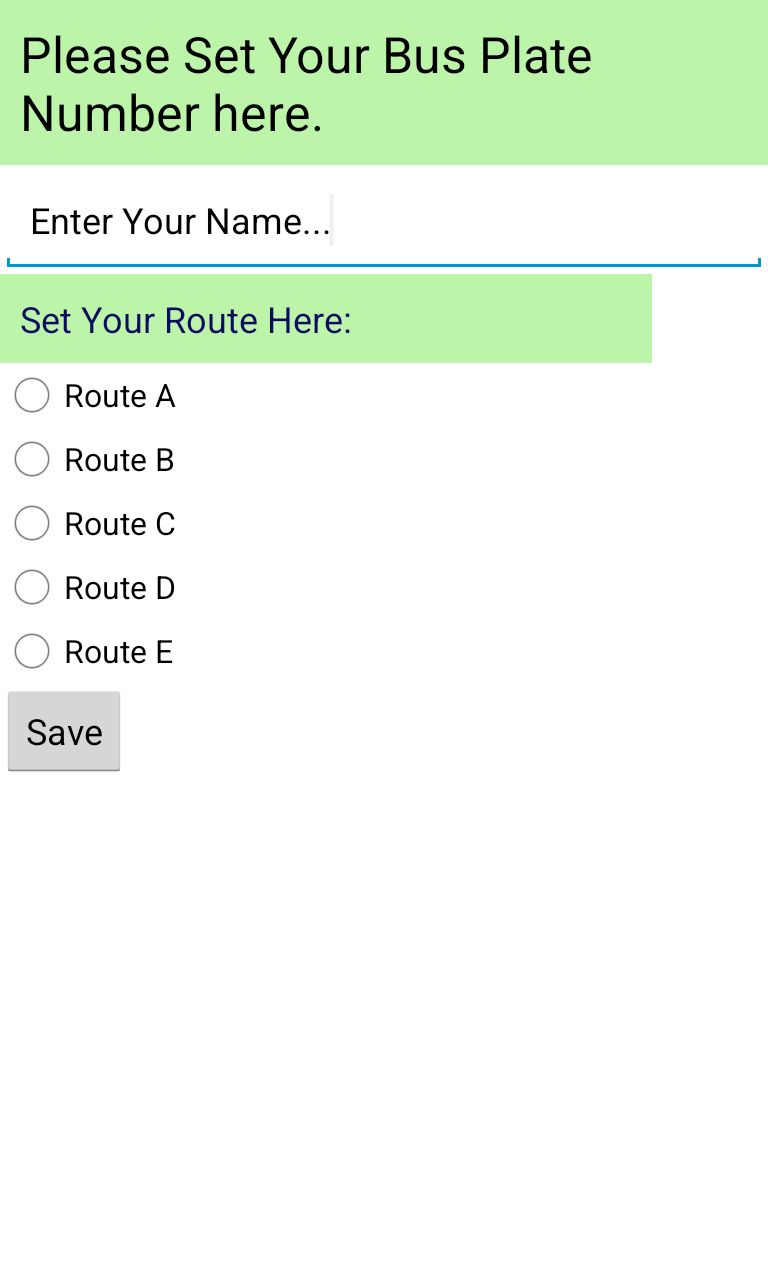
Repository: patheon17/myrepo2
Layout: workspace/UMBusTracker/res/layout/activity_set_plate_num.xml
The author's editor kept a copy of each file at every save. The layout is drawn from the files as they stood at one save, then again after the next save.
It is drawn on a 768 x 1280 px phone screen (xhdpi) without system bars, with theme AppTheme; the app's code is not run.

Above is the layout before, as saved 2013-10-01 09:55:23.

After the next save:
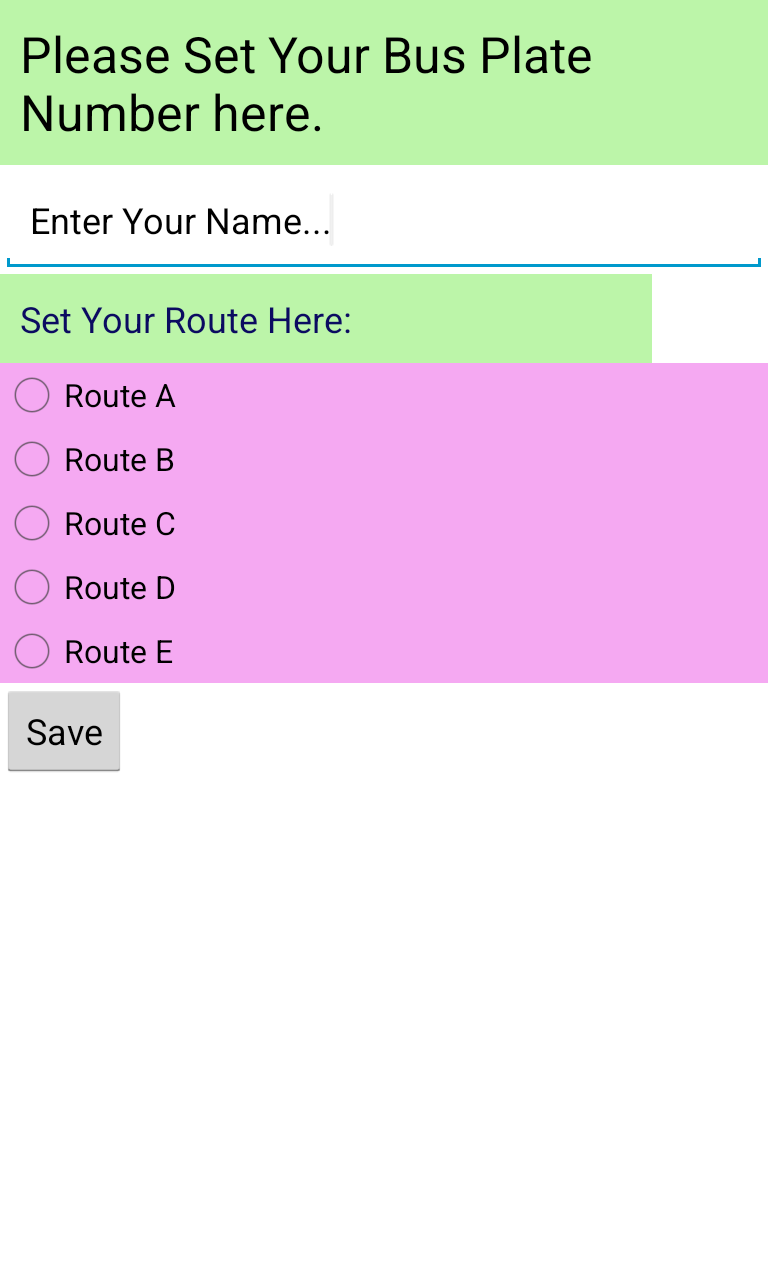
Saved 49 s later.
--- a/workspace/UMBusTracker/res/layout/activity_set_plate_num.xml
+++ b/workspace/UMBusTracker/res/layout/activity_set_plate_num.xml
@@ -38,7 +38,8 @@
 
     <RadioGroup
         android:layout_width="fill_parent"
-        android:layout_height="wrap_content" >
+        android:layout_height="wrap_content"
+        android:background="#F5A9F2" >
 
         <RadioButton
             android:id="@+id/routeA"
